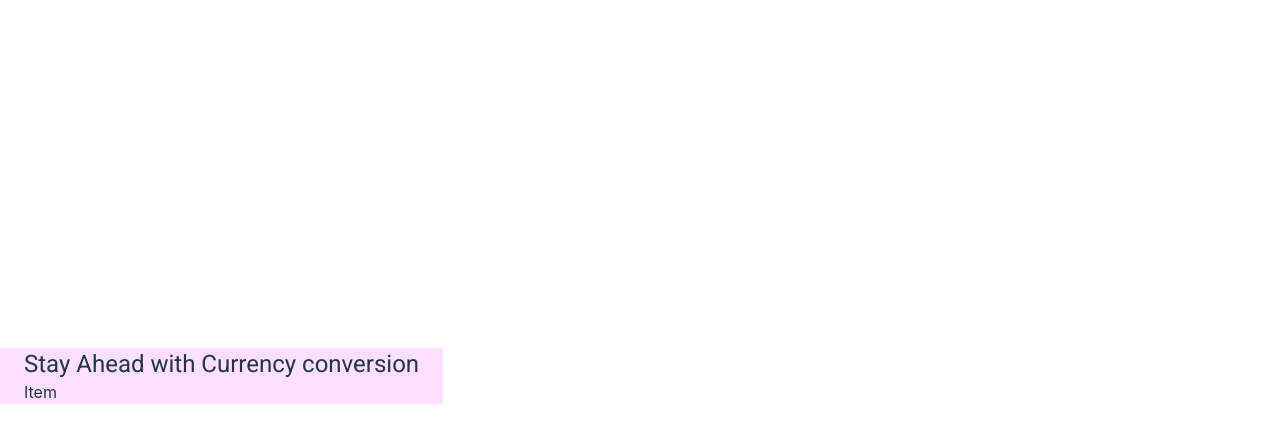
Repository: Asad-devv/CURRENCY
Page: /
The author's editor kept a copy of each file at every save. The page is drawn from the files as they stood at one save, then again after the next save.
The browser window is 1280 px wide. The pictures show the whole page.
The project was rebuilt for these pictures with package versions that can differ from the ones it lists, and the page was loaded fresh each time. Also part of the build but not shown: craco.config.js.

Above is the page before, as saved 2023-03-01 20:09:47.

After the next save:
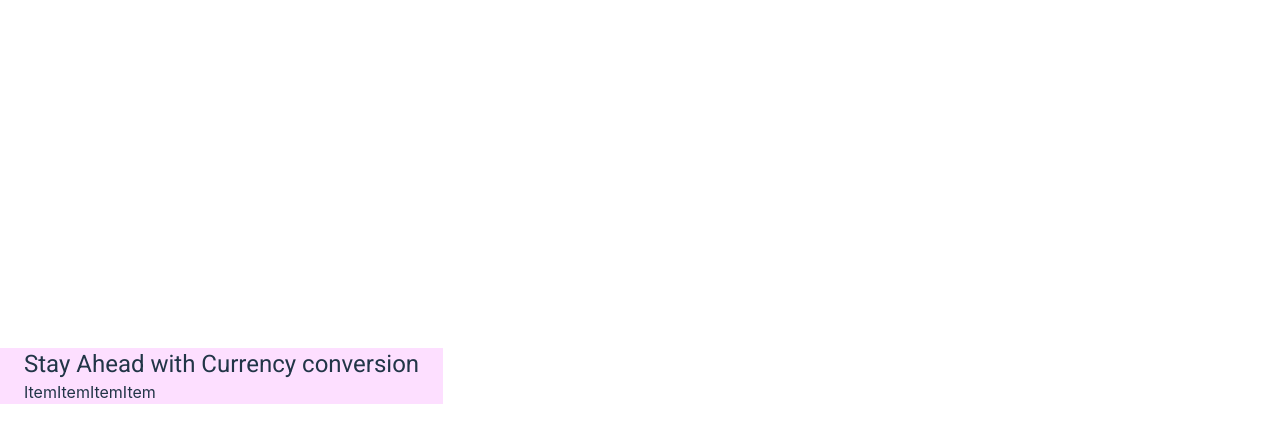
Saved 11 s later.
--- a/src/App.jsx
+++ b/src/App.jsx
@@ -13,6 +13,15 @@ function App() {
         <Grid item>
           Item
         </Grid>
+        <Grid item>
+          Item
+        </Grid>
+        <Grid item>
+          Item
+        </Grid>
+        <Grid item>
+          Item
+        </Grid>
       </Grid>
     </Container>
   );
